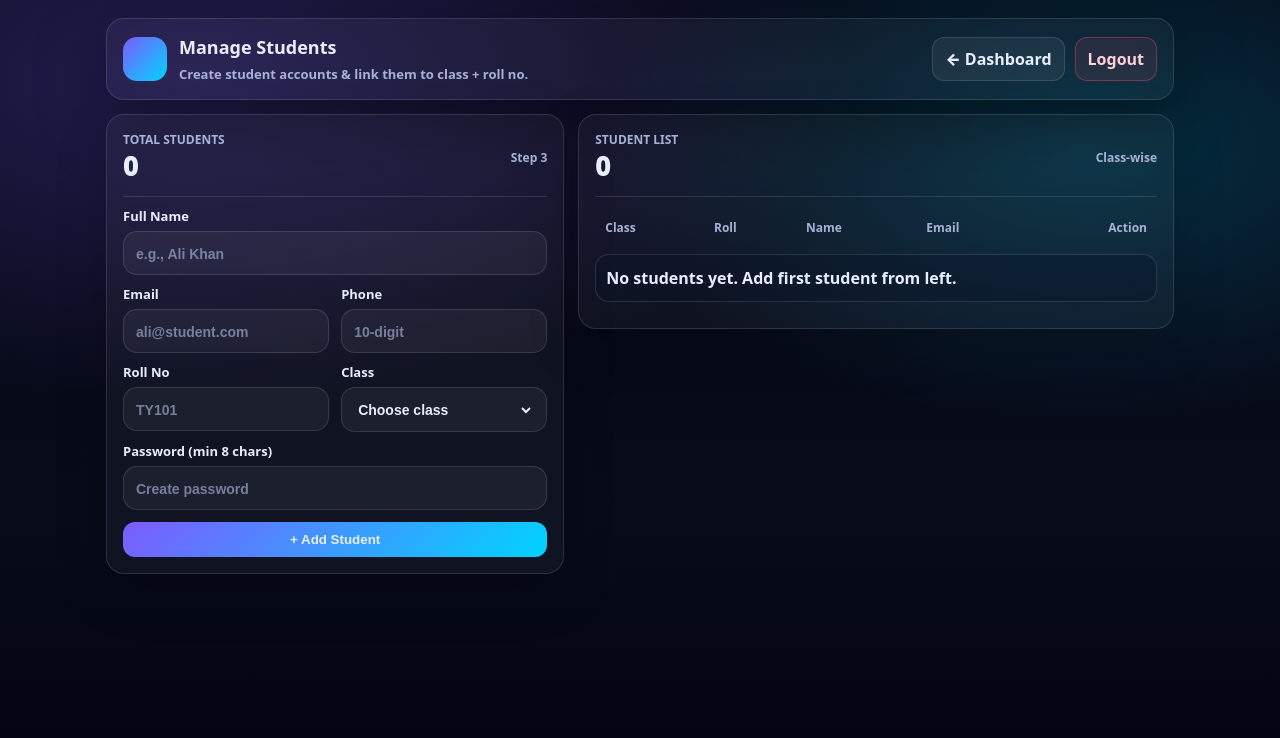
Repository: Kaifclash/EduInsight
Page: http://localhost/dashboard/students.php
An editor plug-in stored every save of this project. The page is shown before and after the next save, followed by the edit.
The browser window is 1280 px wide. The pictures show the whole page.
The page is run by PHP 8.4 with error messages shown; the project is at /var/www/html/. The session is filled in as if someone had signed in: {"user_id": 1, "role": "admin", "full_name": "Test User"}. Other server files are loaded and not shown. Queries for data that is not in the repository find no rows.

Above is the page before, as saved 2026-02-13 19:19:49.

### dashboard/students.php
<?php
session_start();
require __DIR__ . "/../config/db.php";

if (!isset($_SESSION["user_id"]) || ($_SESSION["role"] ?? "") !== "admin") {
  header("Location: ../login.html");
  exit;
}

/* ---------- FLASH (GET) ---------- */
$success = "";
$error = "";
if (isset($_GET["ok"]))  $success = "Student added successfully.";
if (isset($_GET["del"])) $success = "Student deleted successfully.";
if (isset($_GET["req"])) $error   = "All required fields must be filled.";
if (isset($_GET["dup"])) $error   = "Email or Roll No already exists.";
if (isset($_GET["fail"])) $error  = "Something went wrong.";

/* ---------- ACTIONS ---------- */
if ($_SERVER["REQUEST_METHOD"] === "POST") {
  $action = $_POST["action"] ?? "";

  // ADD STUDENT
  if ($action === "add") {
    $full_name = trim($_POST["full_name"] ?? "");
    $email     = trim($_POST["email"] ?? "");
    $phone     = trim($_POST["phone"] ?? "");
    $roll_no   = trim($_POST["roll_no"] ?? "");
    $class_id  = (int)($_POST["class_id"] ?? 0);
    $password  = $_POST["password"] ?? "";

    if ($full_name === "" || $email === "" || $roll_no === "" || $class_id <= 0 || $password === "") {
      header("Location: students.php?req=1");
      exit;
    }
    if (!filter_var($email, FILTER_VALIDATE_EMAIL)) {
      header("Location: students.php?req=1");
      exit;
    }
    if (strlen($password) < 8) {
      header("Location: students.php?req=1");
      exit;
    }

    $roll_no = strtoupper(preg_replace('/\s+/', '', $roll_no)); // normalize roll

    try {
      $pdo->beginTransaction();

      // insert into users
      $hash = password_hash($password, PASSWORD_DEFAULT);
      $stmt = $pdo->prepare("INSERT INTO users (role, full_name, email, phone, password_hash) VALUES ('student', ?, ?, ?, ?)");
      $stmt->execute([$full_name, $email, $phone, $hash]);
      $user_id = (int)$pdo->lastInsertId();

      // insert into students
      $stmt2 = $pdo->prepare("INSERT INTO students (user_id, roll_no, class_id) VALUES (?, ?, ?)");
      $stmt2->execute([$user_id, $roll_no, $class_id]);

      $pdo->commit();

      header("Location: students.php?ok=1");
      exit;

    } catch (PDOException $e) {
      if ($pdo->inTransaction()) $pdo->rollBack();
      // duplicate email or roll
      header("Location: students.php?dup=1");
      exit;
    } catch (Exception $e) {
      if ($pdo->inTransaction()) $pdo->rollBack();
      header("Location: students.php?fail=1");
      exit;
    }
  }

  // DELETE STUDENT (delete from users => students auto delete via FK cascade)
  if ($action === "delete") {
    $user_id = (int)($_POST["user_id"] ?? 0);
    if ($user_id > 0) {
      $stmt = $pdo->prepare("DELETE FROM users WHERE user_id = ? AND role='student'");
      $stmt->execute([$user_id]);
      header("Location: students.php?del=1");
      exit;
    }
    header("Location: students.php?fail=1");
    exit;
  }
}

/* ---------- FETCH DATA ---------- */
$classes = $pdo->query("SELECT class_id, class_name FROM classes ORDER BY class_name ASC")->fetchAll();

$students = $pdo->query("
  SELECT u.user_id, u.full_name, u.email, u.phone, s.roll_no, c.class_name
  FROM students s
  JOIN users u ON u.user_id = s.user_id
  JOIN classes c ON c.class_id = s.class_id
  ORDER BY c.class_name, s.roll_no
")->fetchAll();

$total = count($students);
?>
<!DOCTYPE html>
<html lang="en">
<head>
<meta charset="UTF-8" />
<meta name="viewport" content="width=device-width, initial-scale=1.0" />
<title>EduInsight | Manage Students</title>
<style>
  :root{
    --bg:#070b1a; --text:#e9eeff; --muted:#a9b2d6;
    --accent:#7c5cff; --accent2:#00d4ff;
    --good:#2dff9a; --danger:#ff4d6d;
    --border:rgba(255,255,255,.12); --shadow:0 20px 70px rgba(0,0,0,.45);
    --radius:18px;
  }
  *{box-sizing:border-box;}
  body{
    margin:0;
    font-family: ui-sans-serif, system-ui, -apple-system, Segoe UI, Roboto, Arial;
    color:var(--text);
    background:
      radial-gradient(1200px 600px at 15% 10%, rgba(124,92,255,.25), transparent 55%),
      radial-gradient(900px 500px at 85% 20%, rgba(0,212,255,.20), transparent 55%),
      linear-gradient(180deg, #060816 0%, var(--bg) 70%, #040514 100%);
    min-height:100vh;
    overflow-x:hidden;
  }
  a{color:inherit;text-decoration:none;}
  .wrap{width:100%; max-width:1100px; margin:18px auto; padding:0 16px;}
  .topbar{
    display:flex; justify-content:space-between; align-items:center; gap:12px; flex-wrap:wrap;
    border:1px solid var(--border); border-radius:var(--radius);
    background:rgba(255,255,255,.04); box-shadow:var(--shadow); padding:16px;
  }
  .title{display:flex; gap:12px; align-items:center;}
  .logo{width:44px;height:44px;border-radius:14px;background:linear-gradient(135deg,var(--accent),var(--accent2));}
  h1{margin:0;font-size:18px;}
  .sub{margin:6px 0 0;color:var(--muted);font-weight:700;font-size:13px;}
  .btn{
    border:1px solid var(--border); background:rgba(255,255,255,.06); color:var(--text);
    padding:10px 12px; border-radius:12px; font-weight:900; cursor:pointer;
    display:inline-flex; align-items:center; justify-content:center; white-space:nowrap;
    transition:.18s ease;
  }
  .btn:hover{transform:translateY(-1px);background:rgba(255,255,255,.10);}
  .btn-primary{border:none;background:linear-gradient(135deg,var(--accent),var(--accent2));}
  .btn-danger{border:1px solid rgba(255,77,109,.35);background:rgba(255,77,109,.10);color:#ffd1d9;}
  .grid{display:grid; grid-template-columns: 1fr 1.3fr; gap:14px; margin-top:14px; align-items:start;}
  .card{
    border:1px solid var(--border); border-radius:var(--radius);
    background:rgba(255,255,255,.04); box-shadow:0 18px 50px rgba(0,0,0,.22);
    padding:16px;
  }
  .kpi{display:flex; justify-content:space-between; align-items:center; gap:12px; padding-bottom:12px; border-bottom:1px solid var(--border);}
  .kpi .label{color:var(--muted); font-weight:900; font-size:12px;}
  .kpi .value{font-size:26px; font-weight:1000;}
  .msg{margin-top:14px;padding:10px 12px;border-radius:14px;font-weight:850;font-size:13px;line-height:1.4;}
  .msg.success{border:1px solid rgba(45,255,154,.25);background:rgba(45,255,154,.10);color:#d6ffe9;}
  .msg.error{border:1px solid rgba(255,77,109,.35);background:rgba(255,77,109,.10);color:#ffd1d9;}
  label{display:block;font-weight:900;font-size:13px;margin:10px 0 6px;}
  .field{
    border:1px solid var(--border); background:rgba(255,255,255,.05);
    border-radius:14px; padding:10px 12px; transition:.18s ease;
  }
  .field:focus-within{border-color:rgba(0,212,255,.55); box-shadow:0 0 0 4px rgba(0,212,255,.10);}
  input, select{
    width:100%; border:none; outline:none; background:transparent;
    color:var(--text); font-size:14px; font-weight:800; padding:2px 0;
  }
  input::placeholder{color:rgba(169,178,214,.65); font-weight:650;}
  select option{background:#0b1020; color:var(--text);}
  .row{display:grid; grid-template-columns: 1fr 1fr; gap:12px;}
  table{width:100%; border-collapse:separate; border-spacing:0 10px; margin-top:12px;}
  th{color:var(--muted); font-size:12px; font-weight:900; text-align:left; padding:0 10px 8px;}
  td{
    padding:12px 10px; background:rgba(11,18,42,.35);
    border-top:1px solid var(--border); border-bottom:1px solid var(--border);
    font-weight:850;
  }
  tr td:first-child{border-left:1px solid var(--border); border-top-left-radius:14px; border-bottom-left-radius:14px;}
  tr td:last-child{border-right:1px solid var(--border); border-top-right-radius:14px; border-bottom-right-radius:14px;}
  @media (max-width: 950px){ .grid{grid-template-columns:1fr;} .row{grid-template-columns:1fr;} }
</style>
</head>
<body>

<div class="wrap">
  <div class="topbar">
    <div class="title">
      <div class="logo"></div>
      <div>
        <h1>Manage Students</h1>
        <div class="sub">Create student accounts & link them to class + roll no.</div>
      </div>
    </div>
    <div style="display:flex; gap:10px; flex-wrap:wrap;">
      <a class="btn" href="admin_dashboard.php">← Dashboard</a>
      <a class="btn btn-danger" href="../logout.php">Logout</a>
    </div>
  </div>

  <?php if($error): ?><div class="msg error" id="flashMsg"><?= htmlspecialchars($error) ?></div><?php endif; ?>
  <?php if($success): ?><div class="msg success" id="flashMsg"><?= htmlspecialchars($success) ?></div><?php endif; ?>

  <div class="grid">
    <!-- ADD STUDENT -->
    <div class="card">
      <div class="kpi">
        <div>
          <div class="label">TOTAL STUDENTS</div>
          <div class="value"><?= (int)$total ?></div>
        </div>
        <div class="label">Step 3</div>
      </div>

      <form method="POST" autocomplete="off">
        <input type="hidden" name="action" value="add" />

        <label>Full Name</label>
        <div class="field"><input name="full_name" type="text" placeholder="e.g., Ali Khan" required></div>

        <div class="row">
          <div>
            <label>Email</label>
            <div class="field"><input name="email" type="email" placeholder="ali@student.com" required></div>
          </div>
          <div>
            <label>Phone</label>
            <div class="field"><input name="phone" type="text" placeholder="10-digit"></div>
          </div>
        </div>

        <div class="row">
          <div>
            <label>Roll No</label>
            <div class="field"><input name="roll_no" type="text" placeholder="TY101" required></div>
          </div>
          <div>
            <label>Class</label>
            <div class="field">
              <select name="class_id" required>
                <option value="">Choose class</option>
                <?php foreach($classes as $c): ?>
                  <option value="<?= (int)$c["class_id"] ?>"><?= htmlspecialchars($c["class_name"]) ?></option>
                <?php endforeach; ?>
              </select>
            </div>
          </div>
        </div>

        <label>Password (min 8 chars)</label>
        <div class="field"><input name="password" type="password" placeholder="Create password" required></div>

        <button class="btn btn-primary" type="submit" style="width:100%; margin-top:12px;">
          + Add Student
        </button>
      </form>
    </div>

    <!-- LIST -->
    <div class="card">
      <div class="kpi">
        <div>
          <div class="label">STUDENT LIST</div>
          <div class="value"><?= (int)$total ?></div>
        </div>
        <div class="label">Class-wise</div>
      </div>

      <table>
        <thead>
          <tr>
            <th>Class</th>
            <th>Roll</th>
            <th>Name</th>
            <th>Email</th>
            <th style="text-align:right;">Action</th>
          </tr>
        </thead>
        <tbody>
          <?php if(empty($students)): ?>
            <tr><td colspan="5">No students yet. Add first student from left.</td></tr>
          <?php else: ?>
            <?php foreach($students as $st): ?>
              <tr>
                <td><?= htmlspecialchars($st["class_name"]) ?></td>
                <td><?= htmlspecialchars($st["roll_no"]) ?></td>
                <td><?= htmlspecialchars($st["full_name"]) ?></td>
                <td><?= htmlspecialchars($st["email"]) ?></td>
                <td style="text-align:right;">
                  <form method="POST" style="margin:0;" onsubmit="return confirm('Delete this student account?');">
                    <input type="hidden" name="action" value="delete" />
                    <input type="hidden" name="user_id" value="<?= (int)$st["user_id"] ?>" />
                    <button class="btn btn-danger" type="submit">Delete</button>
                  </form>
                </td>
              </tr>
            <?php endforeach; ?>
          <?php endif; ?>
        </tbody>
      </table>
    </div>
  </div>
</div>

<script>
  const flash = document.getElementById("flashMsg");
  if (flash) setTimeout(() => flash.style.display = "none", 2500);
</script>

</body>
</html>

### config/db.php
<?php
$host = "localhost";
$db   = "eduinsight_db";
$user = "root";
$pass = "";
$charset = "utf8mb4";

$dsn = "mysql:host=$host;dbname=$db;charset=$charset";

try {
    $pdo = new PDO(
        $dsn,
        $user,
        $pass,
        [
            PDO::ATTR_ERRMODE => PDO::ERRMODE_EXCEPTION,
            PDO::ATTR_DEFAULT_FETCH_MODE => PDO::FETCH_ASSOC,
            PDO::ATTR_EMULATE_PREPARES => false,
        ]
    );
} catch (PDOException $e) {
    die("Database connection failed");
}

After the next save:
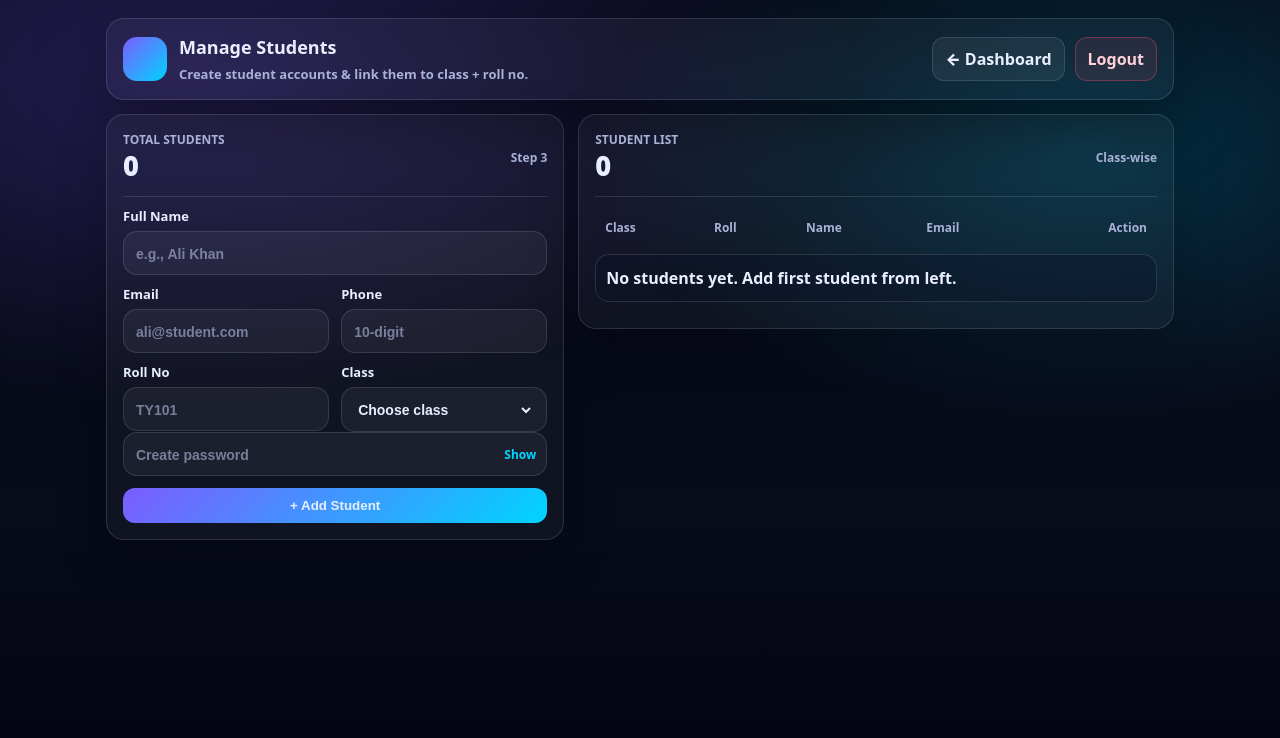
Saved 15 s later.
--- a/dashboard/students.php
+++ b/dashboard/students.php
@@ -250,9 +250,14 @@
           </div>
         </div>
 
-        <label>Password (min 8 chars)</label>
-        <div class="field"><input name="password" type="password" placeholder="Create password" required></div>
-
+        <div class="field" style="position:relative;">
+  <input id="studentPassword" name="password" type="password" placeholder="Create password" required>
+  <span id="togglePassword"
+        style="position:absolute; right:10px; top:50%; transform:translateY(-50%);
+               cursor:pointer; font-size:12px; color:#00d4ff; font-weight:bold;">
+        Show
+  </span>
+</div>
         <button class="btn btn-primary" type="submit" style="width:100%; margin-top:12px;">
           + Add Student
         </button>

After the 2 saves that followed:
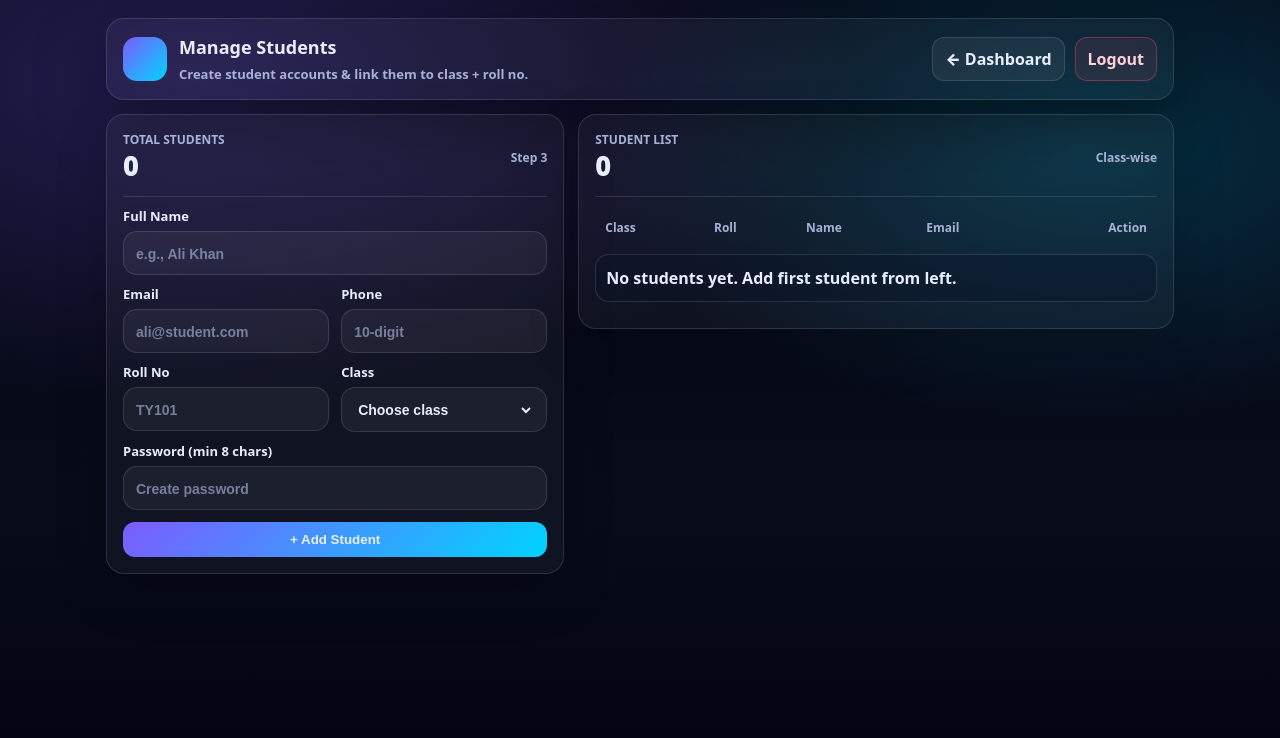
The 2 saves are shown as one change because 1 left the picture as it was.
The last was saved 89 s later.
--- a/dashboard/students.php
+++ b/dashboard/students.php
@@ -250,14 +250,9 @@
           </div>
         </div>
 
-        <div class="field" style="position:relative;">
-  <input id="studentPassword" name="password" type="password" placeholder="Create password" required>
-  <span id="togglePassword"
-        style="position:absolute; right:10px; top:50%; transform:translateY(-50%);
-               cursor:pointer; font-size:12px; color:#00d4ff; font-weight:bold;">
-        Show
-  </span>
-</div>
+        <label>Password (min 8 chars)</label>
+        <div class="field"><input name="password" type="password" placeholder="Create password" required></div>
+
         <button class="btn btn-primary" type="submit" style="width:100%; margin-top:12px;">
           + Add Student
         </button>
